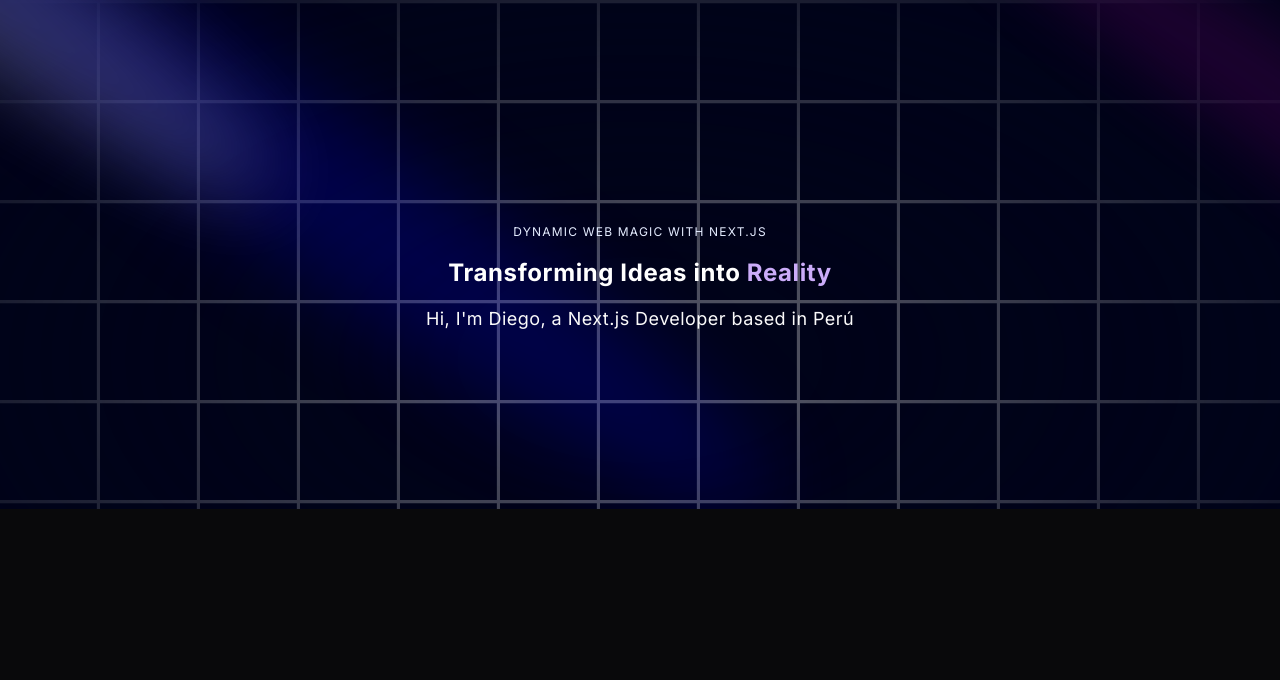
Repository: drsamame/portfolio.next
Page: /
The author's editor kept a copy of each file at every save. The page is drawn from the files as they stood at one save, then again after the next save.
The browser window is 1280 px wide. The pictures show the whole page.
The project was rebuilt for these pictures with package versions that can differ from the ones it lists, and the page was loaded fresh each time. The framework's server and built-in components were replaced by stand-ins that run in the browser. Also part of the build but not shown: next.config.mjs.

Above is the page before, as saved 2024-07-02 16:48:40.

After the next save:
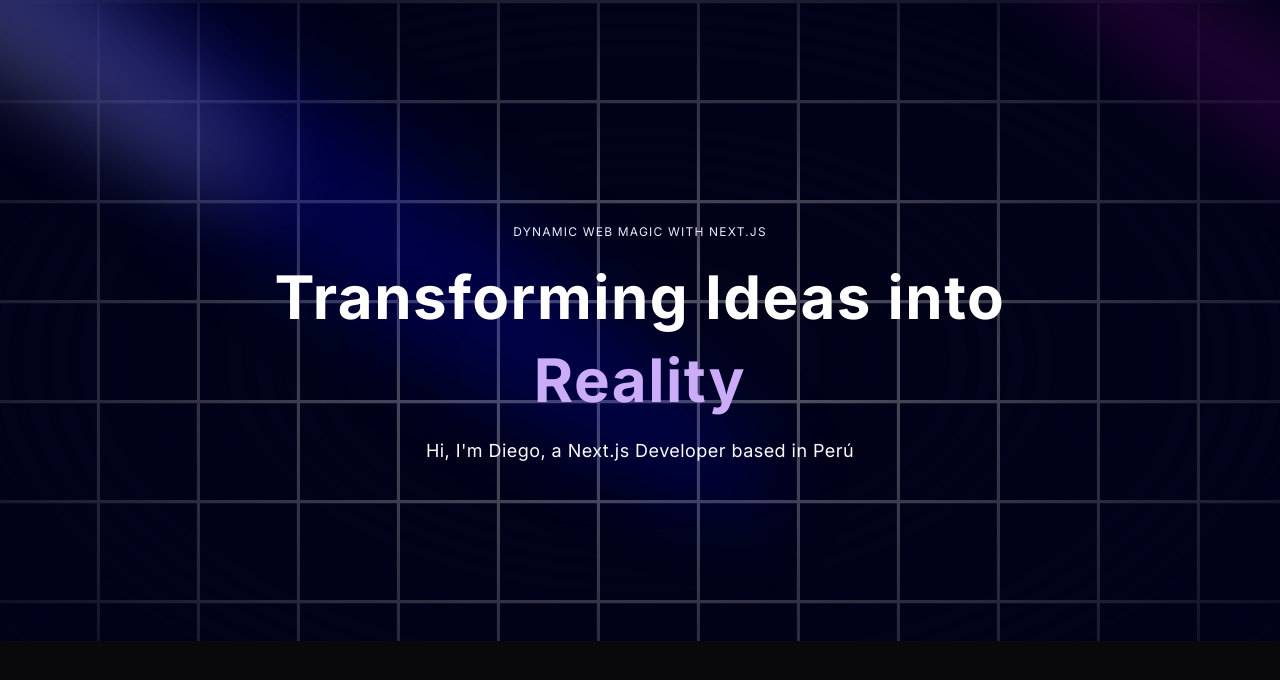
Saved 5 s later.
--- a/components/ui/TextGenerateEffect.tsx
+++ b/components/ui/TextGenerateEffect.tsx
@@ -45,7 +45,7 @@
   return (
     <div className={cn("font-bold", className)}>
       <div className="my-4">
-        <div className=" dark:text-white text-black text-2xl leading-snug tracking-wide">
+        <div className=" dark:text-white text-black leading-snug tracking-wide">
           {renderWords()}
         </div>
       </div>
